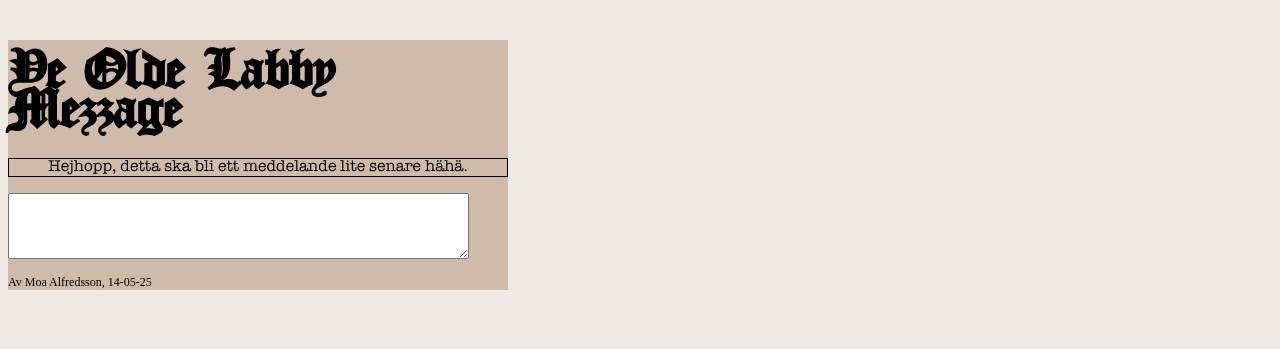
Repository: ma223md/1dv403-laborationer
Page: 2-labbymezzage/index.html
The author's editor kept a record of every edit. The page is drawn from the files as they stood at one moment, then again after the next edit.
The browser window is 1280 px wide. The pictures show the whole page.

Above is the page before.

After the next edit:
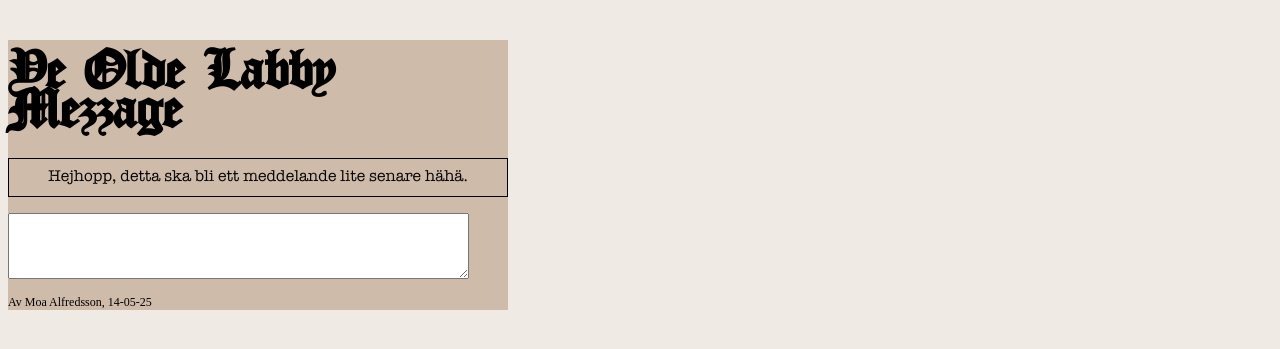
The edit:
--- a/2-labbymezzage/labbymezzagestyle.css
+++ b/2-labbymezzage/labbymezzagestyle.css
@@ -21,6 +21,8 @@
 main p {
     font-family: article;
     text-align: center;
+    padding-top: 10px;
+    padding-bottom: 10px;
     border-style: solid;
     border-width: 1px;
 }
